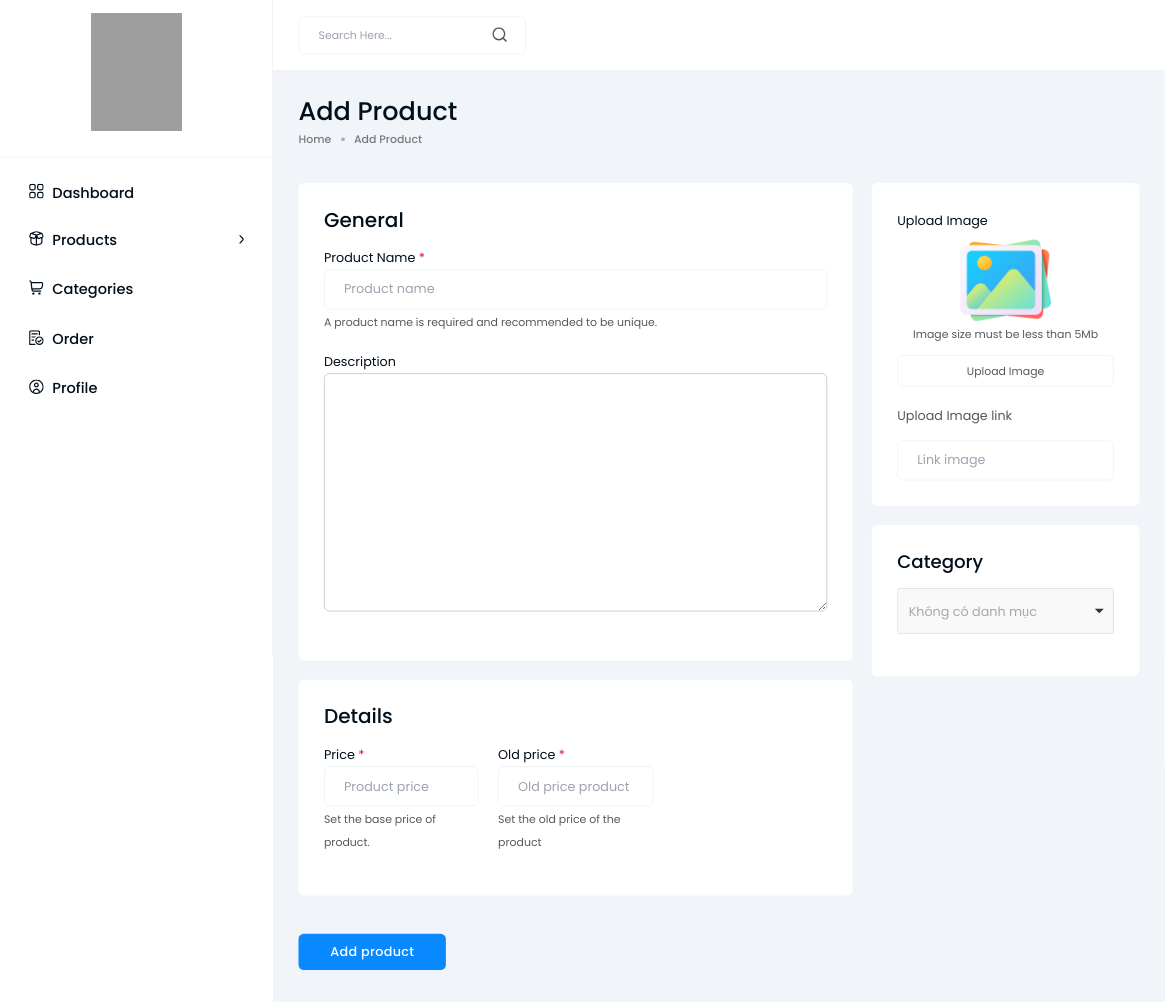
Repository: tienaq123/DuAn_1
Page: http://localhost/Duan1/Admin/add-product.php
An editor plug-in stored every save of this project. The page is shown before and after the next save, followed by the edit.
The browser window is 1280 px wide. The pictures show the whole page, at 91% of full size.
Pictures or frames that could not be fetched are drawn as grey boxes. The page is run by PHP 8.4 with error messages shown; the project is at /var/www/html/. Queries for data that is not in the repository find no rows.

Above is the page before, as saved 2023-07-24 14:44:09.

After the next save:
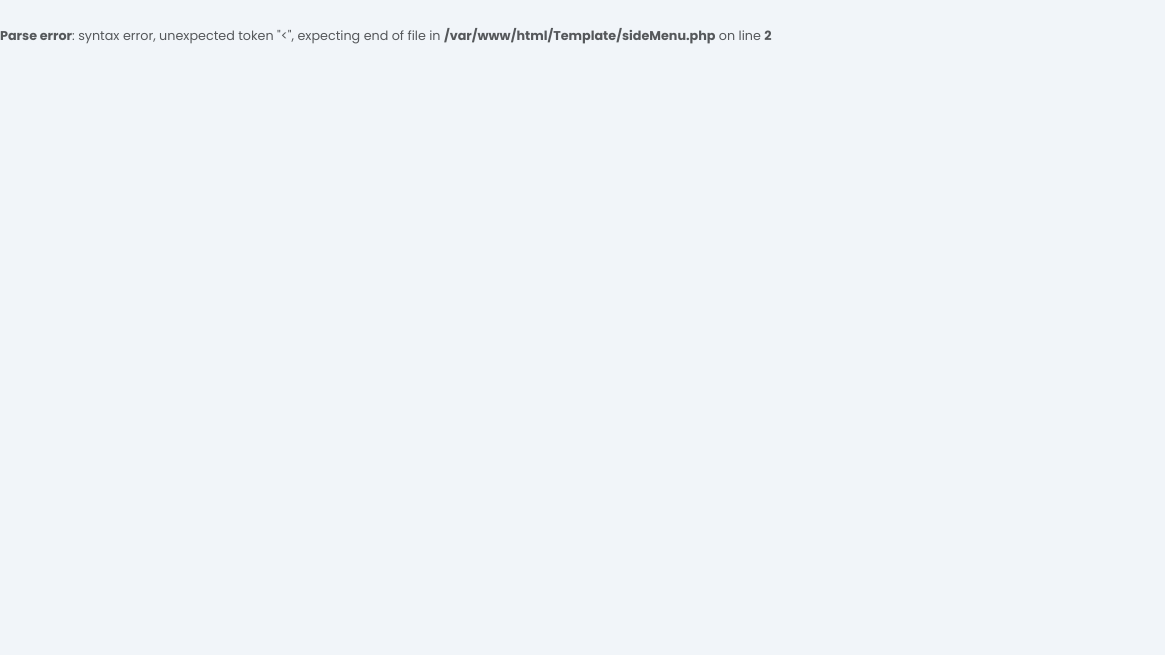
Saved 5 min 13 s later.
--- a/Template/sideMenu.php
+++ b/Template/sideMenu.php
@@ -1,3 +1,4 @@
+<?php
 <aside class="w-[300px] lg:w-[250px] xl:w-[300px] border-r border-gray overflow-y-scroll sidebar-scrollbar fixed left-0 top-0 h-full bg-white z-50 transition-transform duration-300" :class="sideMenu ? 'translate-x-[0px]' : ' -translate-x-[300px] lg:translate-x-[0]'">
     <div class="">
         <div style="text-align: center; overflow: hidden; height: auto;" class="py-4 pb-8 px-8 border-b border-gray h-[78px]">
@@ -109,3 +110,4 @@
         </div>
     </div>
 </aside>
+?>

After the save that followed:
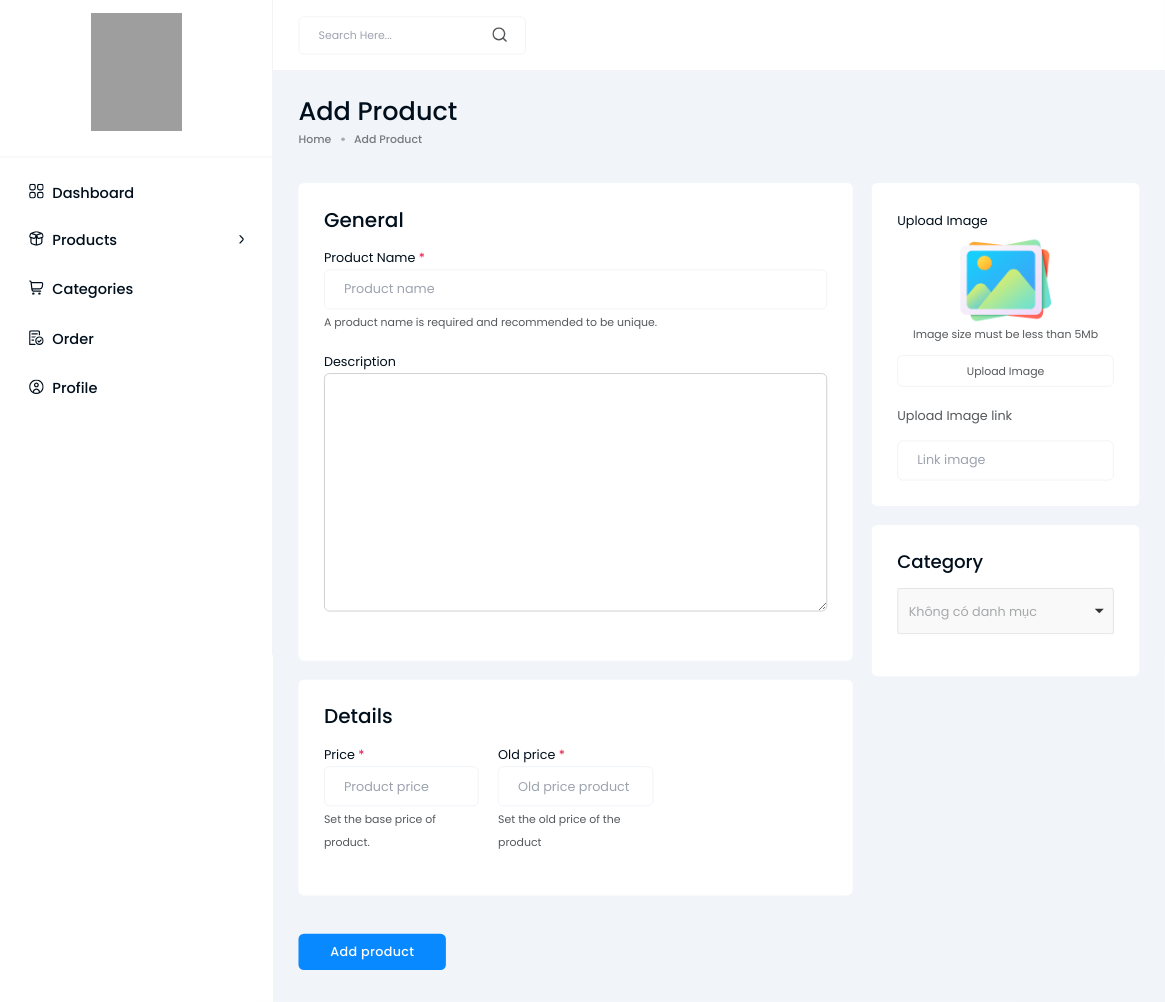
Saved 11 s later.
--- a/Template/sideMenu.php
+++ b/Template/sideMenu.php
@@ -1,4 +1,3 @@
-<?php
 <aside class="w-[300px] lg:w-[250px] xl:w-[300px] border-r border-gray overflow-y-scroll sidebar-scrollbar fixed left-0 top-0 h-full bg-white z-50 transition-transform duration-300" :class="sideMenu ? 'translate-x-[0px]' : ' -translate-x-[300px] lg:translate-x-[0]'">
     <div class="">
         <div style="text-align: center; overflow: hidden; height: auto;" class="py-4 pb-8 px-8 border-b border-gray h-[78px]">
@@ -110,4 +109,3 @@
         </div>
     </div>
 </aside>
-?>
